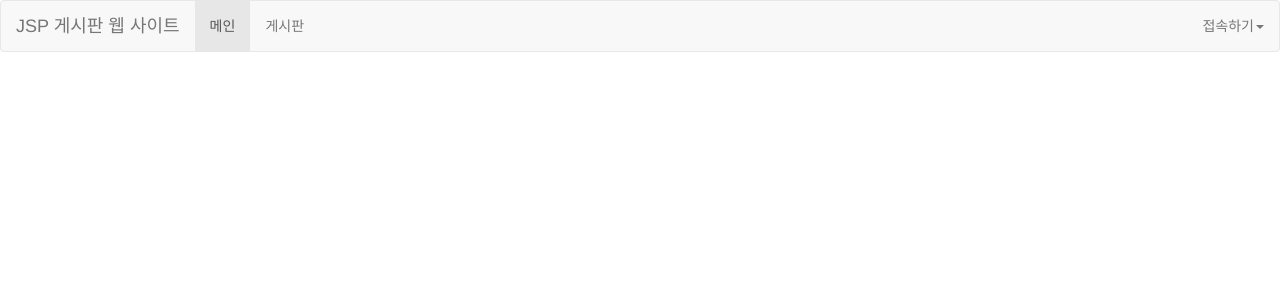
Repository: kkdk1116/JSP_Test
Page: http://localhost/BBS/main.jsp
These files come from the project's save history. The page is drawn as it stood at one moment and after the next save; the edit follows.
The browser window is 1280 px wide. The pictures show the whole page.
Some web libraries are served in a nearby version. The page is served by Tomcat 9.

Above is the page before, as saved 2022-03-12 07:01:49.

After the next save:
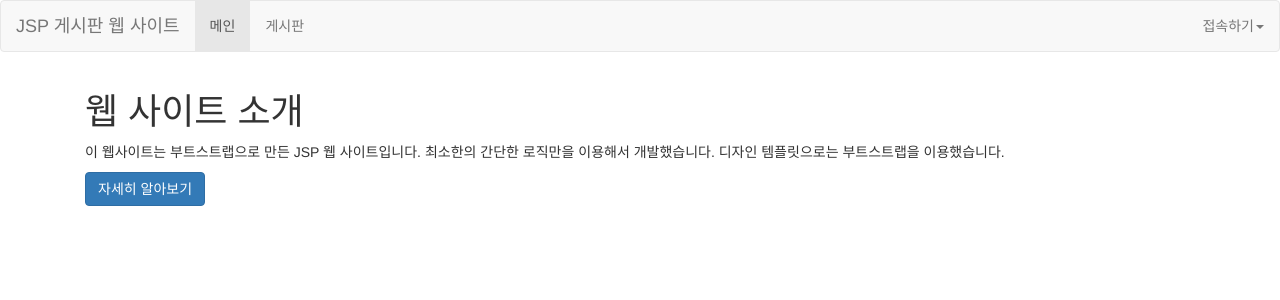
Saved 3 min 36 s later.
--- a/BBS/WebContent/main.jsp
+++ b/BBS/WebContent/main.jsp
@@ -65,6 +65,15 @@
 			%>
 		</div>
 	</nav>
+	<div class="container">
+		<div class="junbotron">
+			<div class="container">
+				<h1>웹 사이트 소개</h1>
+				<p>이 웹사이트는 부트스트랩으로 만든 JSP 웹 사이트입니다. 최소한의 간단한 로직만을 이용해서 개발했습니다. 디자인 템플릿으로는 부트스트랩을 이용했습니다.</p>
+				<p><a class="btn btn-primary btn-pull" href="#" role="button">자세히 알아보기</a></p>
+			</div>
+		</div>
+	</div>
 	<script src="https://code.jquery.com/jquery-3.1.1.min.js"></script>
 	<script src="js/bootstrap.js"></script>
 </body>
